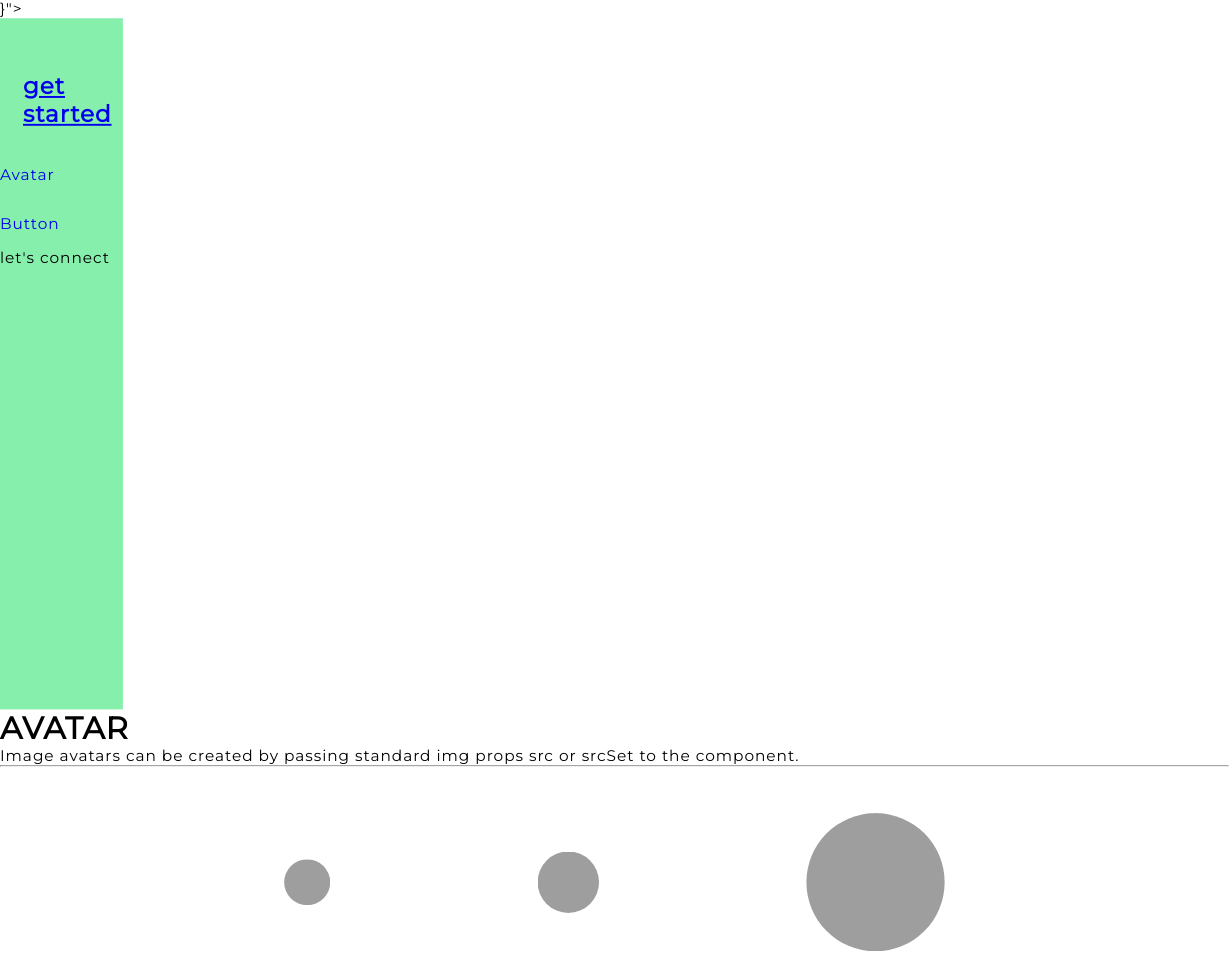
Repository: Anasooya2601/Components_UI
Page: components/Avatar/index.html
These files come from the project's save history. The page is drawn as it stood at one moment and after the next save; the edit follows.
The browser window is 1280 px wide. The pictures show the part of the page from y = 0 to 1007 px (the page is 1461 px tall), at 96% of full size.
Pictures or frames that could not be fetched are drawn as grey boxes.

Above is the page before, as saved 2022-02-12 01:29:58.
Not found: components/
Not found: components/Avatar/index.css

### components/Avatar/index.html
<!DOCTYPE html>
<html lang="en">
<head>
    <meta charset="UTF-8">
    <meta http-equiv="X-UA-Compatible" content="IE=edge">
    <meta name="viewport" content="width, initial-scale=1.0">
    <title>AVATAR</title>
    <link rel="stylesheet" href="style.css">
    <link rel="stylesheet" href="/main/main.css">
    <link rel="stylesheet" href="/components/comp.css">

    }">
</head>
<body>
    <!-- main -->
    <div class="main-container">
        <div class="navbar-wrapper">

            <div class="nav">
                <div class="navbar-header">
                <div class="logo">
                    <a href="/index.html"></a>
                 </div>
                </div>
            </div>

        <!-- topics -->
        <a href="/main/main.html" class="text">get started</a>
        <div class="navbar-main">
            <a href="/components/Avatar/index.html">Avatar</a>
            <a href="/components/Button/button.html">Button</a>
        </div>
        <!-- footer -->
        <div class="footer">
            <div class="footer-text">
                <p>let's connect</p>
            </div>
        </div>
        </div>
    </div>
    <div class="header">
        <div class="section-header">
            <div>
                <h1 class="text-header">AVATAR</h1>
                    <p class="para">
                        Image avatars can be created by passing standard img props src or srcSet to the component.
                    </p>
              <hr>

            </div>
        </div>
        <div class="section-main">
<div class="avatar_main">
    <img class="avatar pic_one" src="https://images.unsplash.com/photo-1644246612512-2f2e7d6cb933?ixlib=rb-1.2.1&ixid=MnwxMjA3fDB8MHxwaG90by1wYWdlfHx8fGVufDB8fHx8&auto=format&fit=crop&w=774&q=80" alt="" srcset="">
    <img class="avatar pic_two" src="https://images.unsplash.com/photo-1644246612512-2f2e7d6cb933?ixlib=rb-1.2.1&ixid=MnwxMjA3fDB8MHxwaG90by1wYWdlfHx8fGVufDB8fHx8&auto=format&fit=crop&w=774&q=80" alt="" srcset="">
    <img class="avatar pic_three" src="https://images.unsplash.com/photo-1644246612512-2f2e7d6cb933?ixlib=rb-1.2.1&ixid=MnwxMjA3fDB8MHxwaG90by1wYWdlfHx8fGVufDB8fHx8&auto=format&fit=crop&w=774&q=80" alt="" srcset="">
</div>
        </div>

        <div class="code">
        <iframe
            src="https://carbon.now.sh/embed?bg=rgba%28171%2C+184%2C+195%2C+1%29&t=seti&wt=none&l=javascript&width=660&ds=true&dsyoff=20px&dsblur=68px&wc=true&wa=false&pv=56px&ph=56px&ln=false&fl=1&fm=Hack&fs=14px&lh=133%25&si=false&es=2x&wm=false&code=%2520%253C%21--%2520small--%253E%2520%250A%253Cimg%2520class%253D%2522avatar%2520pic_one%2522%2520src%253D%2522https%253A%252F%252Fimages.unsplash.com%252Fphoto-1644246612512-2f2e7d6cb933%253Fixlib%253Drb-1.2.1%2526ixid%253DMnwxMjA3fDB8MHxwaG90by1wYWdlfHx8fGVufDB8fHx8%2526auto%253Dformat%2526fit%253Dcrop%2526w%253D774%2526q%253D80%2522%2520%253E%250A%2520%2520%2520%253C%21--%2520medium%2520--%253E%2520%250A%2520%2520%2520%253Cimg%2520class%253D%2522avatar%2520pic_two%2522%2520src%253D%2522https%253A%252F%252Fimages.unsplash.com%252Fphoto-1644246612512-2f2e7d6cb933%253Fixlib%253Drb-1.2.1%2526ixid%253DMnwxMjA3fDB8MHxwaG90by1wYWdlfHx8fGVufDB8fHx8%2526auto%253Dformat%2526fit%253Dcrop%2526w%253D774%2526q%253D80%2522%2520%253E%250A%2520%2520%2520%2520%2520%2520%2520%253C%21--%2520large--%253E%2520%250A%2520%2520%2520%2520%253Cimg%2520class%253D%2522avatar%2520pic_three%2522%2520src%253D%2522https%253A%252F%252Fimages.unsplash.com%252Fphoto-1644246612512-2f2e7d6cb933%253Fixlib%253Drb-1.2.1%2526ixid%253DMnwxMjA3fDB8MHxwaG90by1wYWdlfHx8fGVufDB8fHx8%2526auto%253Dformat%2526fit%253Dcrop%2526w%253D774%2526q%253D80%2522%2520%253E"
            style="width: 100%; height: 450px; border:0; transform: scale(1); overflow:hidden;"
            sandbox="allow-scripts allow-same-origin">
          </iframe>
        </div>
    </div>

</body>
</html>

### components/Avatar/style.css
.avatar_main {
    display: flex;
    justify-content: space-evenly;
    align-items: center;
    margin-top: 2rem;
    padding: 1rem 5rem 1rem 5rem;
  }
  .avatar {
    border-radius: var(--border-full);
    width: 1rem;
    object-fit: cover;
    border-radius: 4.5rem;
  }

  .pic_one {
    width: 3rem;
    height: 3rem;
  }
  .pic_two {
    width: 4rem;
    height: 4rem;
  }
  .pic_three {
    width: 9rem;
    height: 9rem;
  }

### main/main.css
@import url('https://fonts.googleapis.com/css2?family=Montserrat&display=swap');
*{
    margin: 0;
    padding: 0;
    box-sizing: border-box;
}

body{
    letter-spacing: 1px;
}

/* color variable */
:root{
    font-family: 'Montserrat', sans-serif;
    font-weight: 400;
    --main-color:#fca5a5;
    --green:#86efac;
}

/* logo */
.logo{
    display: flex;
    justify-content: center;
}

.logo a{
    color: var(--main-color);
    font-size: 2.5rem;
    display: flex;
    align-items: flex-end;
}




.main-container{
    display: flex;
}

.text{
    font-size: 1.5rem;
    margin: 1.5rem;
    font-weight: bold;
}
/* navbar */
.navbar-wrapper{
    width: 10%;
    height: 100vh;
    font-size: 1rem;
    flex-direction: column;
    overflow-y: scroll;
display: flex;
flex-shrink: 0;
background-color: var(--green);
}
.nav{
    display: flex;
    flex-direction: column;
}
.navbar-main{
    display: flex;
    flex-direction: column;
}
.navbar-main a{
  border-radius: 40px;
  padding: 1rem 0rem 1rem 0rem;
  letter-spacing: 1px;
  transition: 0.3s all ease-in-out;
  text-decoration: none;
}
.navbar-header{
    border-bottom: var(--main-color);
    padding: 1rem;
}

### components/comp.css
@import "./Alert/alert.css";
@import "./Avatar/index.css";
@import "./Button/button.css";
@import "../main/main.css";
@import"./";
@import"./";
@import"./";
@import"";
@import"";

### components/Button/button.css
@import url('https://fonts.googleapis.com/css2?family=Montserrat:ital@1&family=Roboto:ital,wght@0,400;1,300&family=Space+Grotesk:wght@700&display=swap');
.main-text{
    margin: 2rem 0;
}

.btn-container{
display: flex;
flex-wrap: wrap;
margin-top: 1.5rem;
gap: 1rem;
align-items: center;


}

.btn {
border:none;
background-color: none;
outline: none;
padding: 0.5rem 1rem;
border: 5px;
border-radius: 5px;
font-size: 1.1rem;
cursor: pointer;
color: #0e9aeb;
font-family: 'Gill Sans', 'Gill Sans MT', Calibri, 'Trebuchet MS', sans-serif;
}

.primary{
    background-color:#fbbf24 ;

}
.secondary{
    background-color: #fca5a5;
}
.danger{
    background-color: #bef264;
}
.success{
    background-color: #0369a1;
}
.warning{
    background-color: #ded48f;
}

/* outlined-button */
.outlined-sub{
    margin-top: 1.5rem;
}
.outlined-btn{
border-radius: 8px;
font-size: 1.1rem;
letter-spacing: 1px;
color:#0369a1;
background-color: white;
cursor: pointer;
padding: 0.5rem;
gap: 1rem;
}
.outlined-primary{
    border: 0.5px solid #0369a1;
}
.outlined-secondary{
    border: 0.5px solid #0369a1;
}
.outlined-warning{
    border: 0.5px solid #0369a1;
}
.outlined-attention{
    border: 0.5px solid #0369a1;
}
.btn-icon{
background-color: white;
cursor: pointer;
}
/* icon-btn */


/* floating-btn */
.btn-float{
    color: white;
    background-color: #0e9aeb;
    padding: 0.6rem 1rem;
    box-shadow: #ded48f 0px 8px 16px;
}

Loaded but not shown: components/Alert/Alert.css (no stored copy; drawn as an empty file)

After the next save:
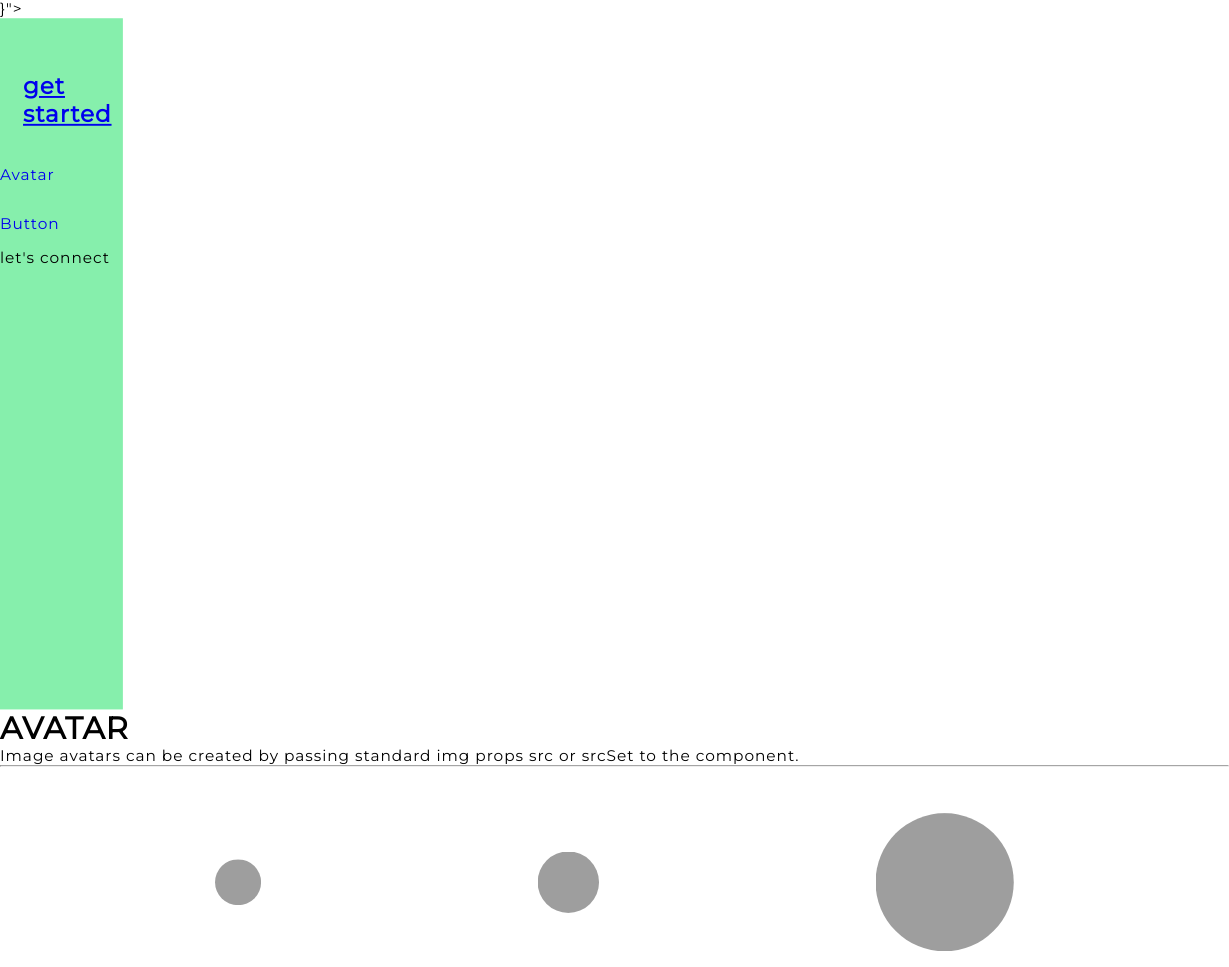
Saved 45 s later.
--- a/components/Avatar/style.css
+++ b/components/Avatar/style.css
@@ -1,6 +1,6 @@
 .avatar_main {
     display: flex;
-    justify-content: space-evenly;
+    justify-content: space-around;
     align-items: center;
     margin-top: 2rem;
     padding: 1rem 5rem 1rem 5rem;
